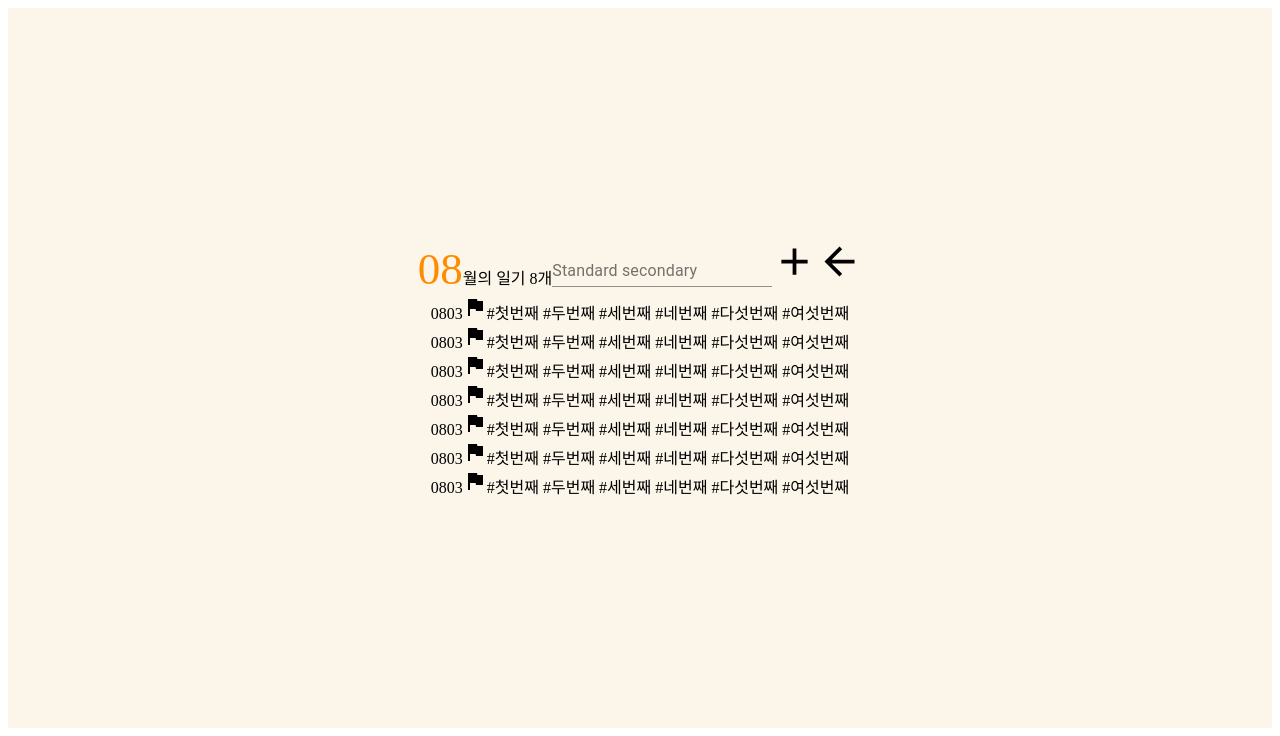
Repository: IMHANA/diary
Page: /list
An editor plug-in stored every save of this project. The page is shown before and after the next save, followed by the edit.
The browser window is 1280 px wide. The pictures show the whole page.
The project was rebuilt for these pictures with package versions that can differ from the ones it lists, and the page was loaded fresh each time. Also part of the build but not shown: src/App.css, src/pages/Main/main.js, src/pages/Month/month.js.

Above is the page before, as saved 2021-08-05 17:11:48.

After the next save:
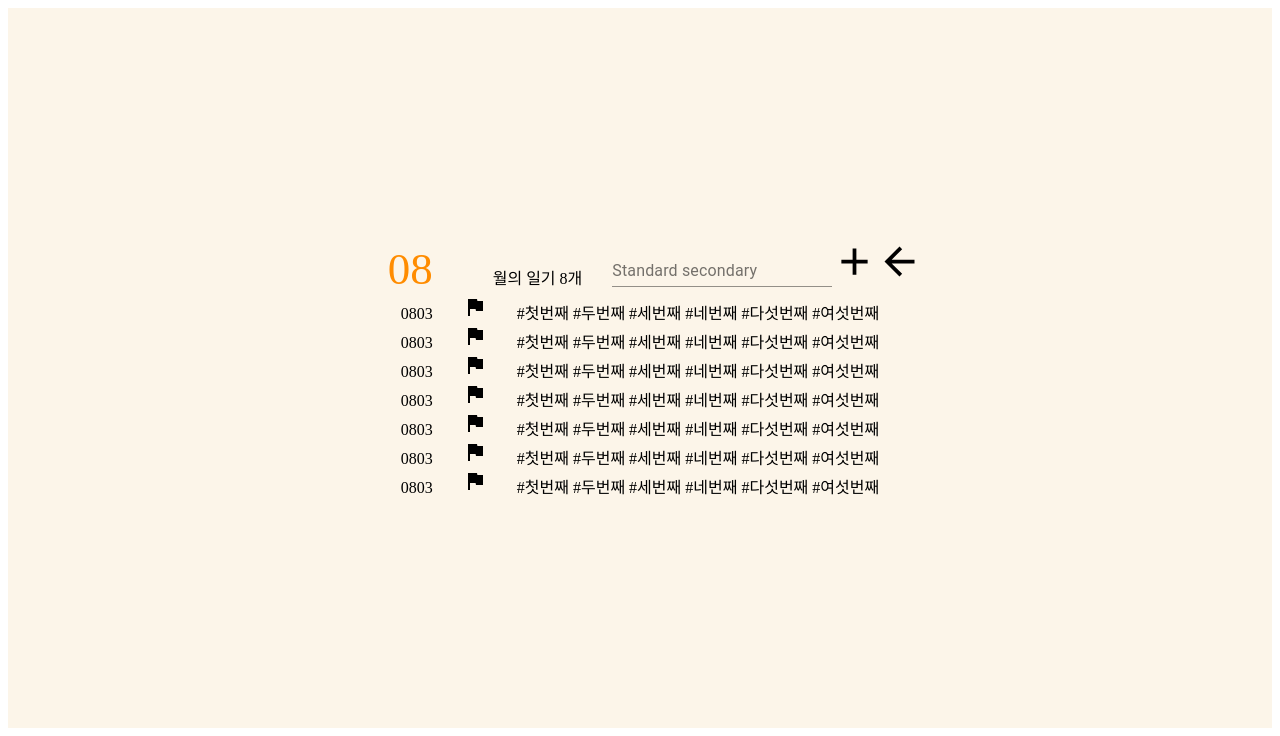
Saved 19 min 9 s later.
--- a/src/pages/DayList/dayList.css
+++ b/src/pages/DayList/dayList.css
@@ -22,5 +22,5 @@
     height: auto;
 }
 span {
-    margin: 0, 30px,0 30px;
+    padding: 30px;
 }
